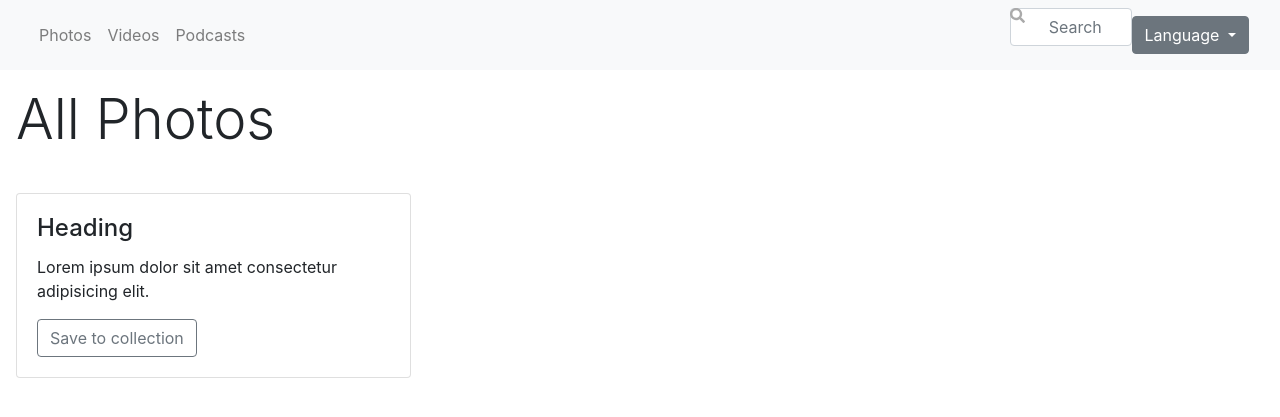
Repository: AlisaSkryp/photoblog
Page: index.html
These files come from the project's save history. The page is drawn as it stood at one moment and after the next save; the edit follows.
The browser window is 1280 px wide. The pictures show the whole page.
Some web libraries are served in a nearby version.

Above is the page before, as saved 2023-04-09 20:25:18.

After the next save:
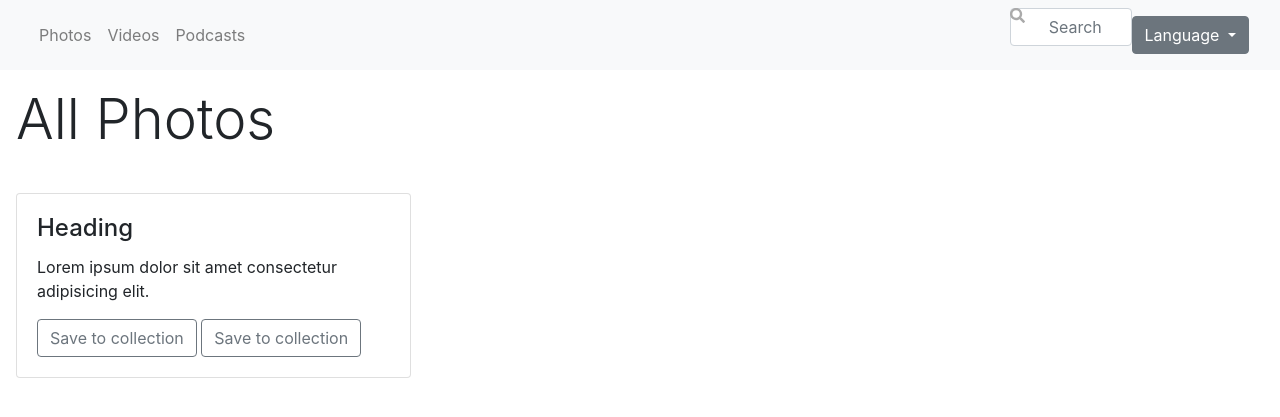
Saved 5 s later.
--- a/index.html
+++ b/index.html
@@ -92,6 +92,7 @@
 					<h4 class="card-title">Heading</h4>
 					<p class="card-text">Lorem ipsum dolor sit amet consectetur adipisicing elit.</p>
 					<a href="#" class="btn btn-outline-secondary">Save to collection</a>
+					<a href="#" class="btn btn-outline-secondary">Save to collection</a>
 				</div>
 			</div>
 		</div>
